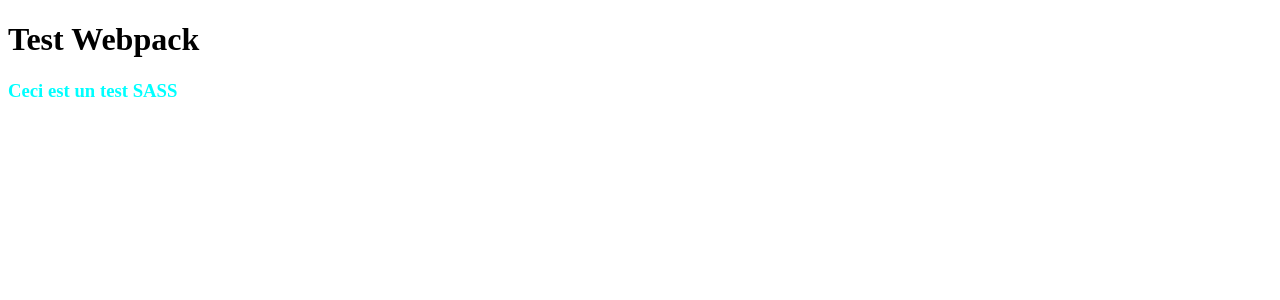
Repository: Symfomany/ng2angu
Page: / (app in es6/)
These files come from the project's save history. The page is drawn as it stood at one moment and after the next save; the edit follows.
The browser window is 1280 px wide. The pictures show the whole page.
The project was rebuilt for these pictures with package versions that can differ from the ones it lists, and the page was loaded fresh each time. Also part of the build but not shown: es6/webpack.config.js. Imported but missing from the stored project, and not drawn on this page: es6/src/coffee/main.coffee.

Above is the page before, as saved 2016-12-28 20:23:29.

After the next save:
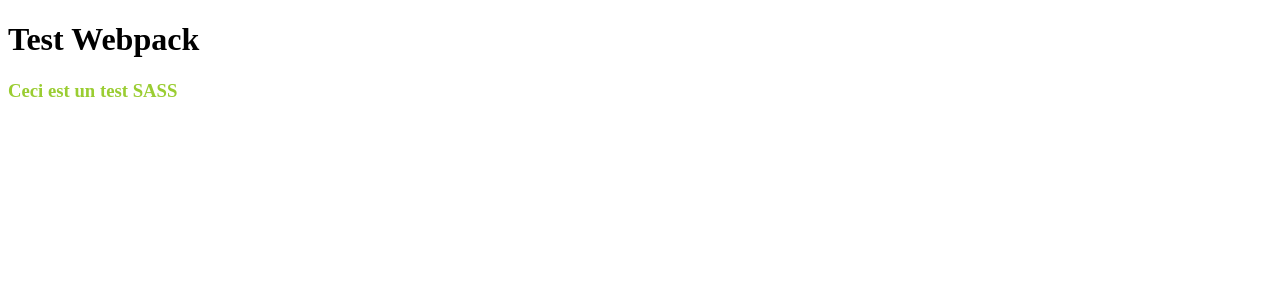
Saved 22 s later.
--- a/es6/src/sass/main.scss
+++ b/es6/src/sass/main.scss
@@ -1,5 +1,5 @@
 body {
     h3 {
-        color: aqua;
+        color: yellowgreen;
     }
 }
